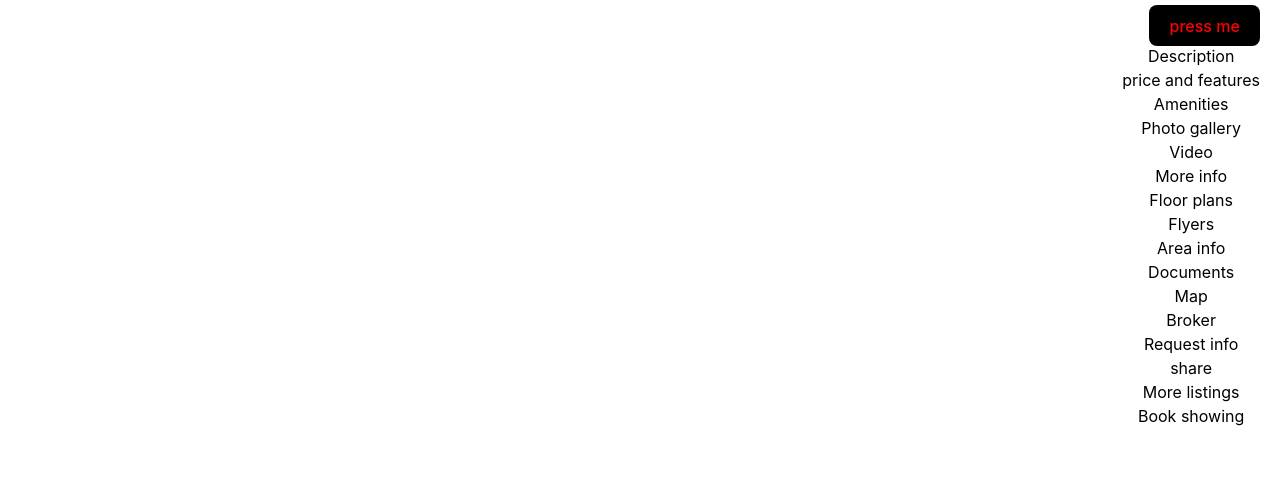
Repository: TMuse333/real-estate-landingpage
Page: /
These files come from the project's save history. The page is drawn as it stood at one moment and after the next save; the edit follows.
The browser window is 1280 px wide. The pictures show the whole page.
The project was rebuilt for these pictures with package versions that can differ from the ones it lists, and the page was loaded fresh each time. Also part of the build but not shown: vite.config.js.

Above is the page before, as saved 2023-09-19 16:36:05.

After the next save:
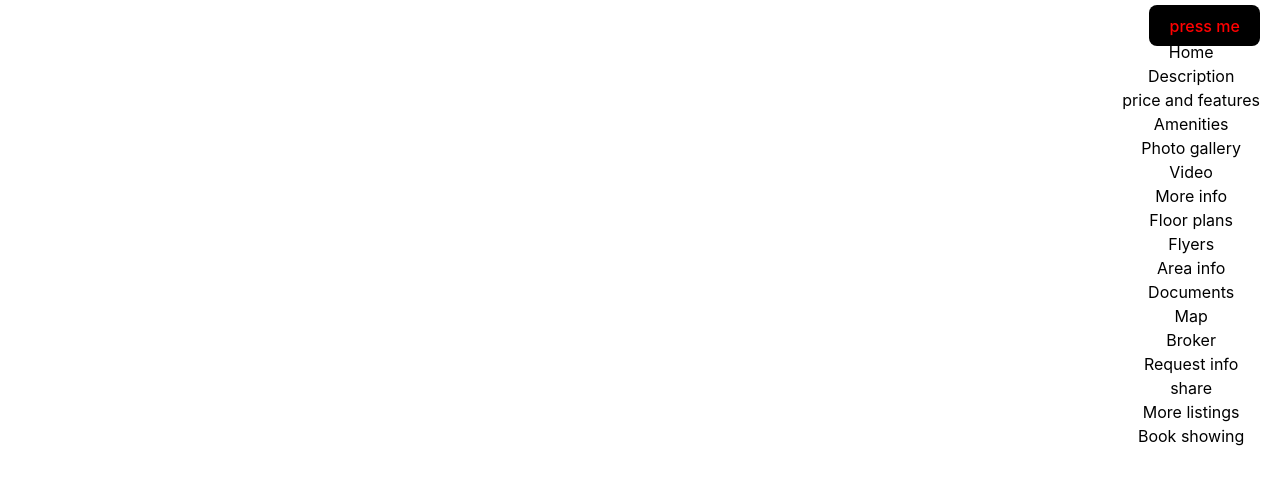
Saved 12 s later.
--- a/src/App.css
+++ b/src/App.css
@@ -29,7 +29,7 @@ padding: 0;
   margin: 0;
 
 position: absolute;
-top:20px;
+top:40px;
 right: 20px;
 
 }
